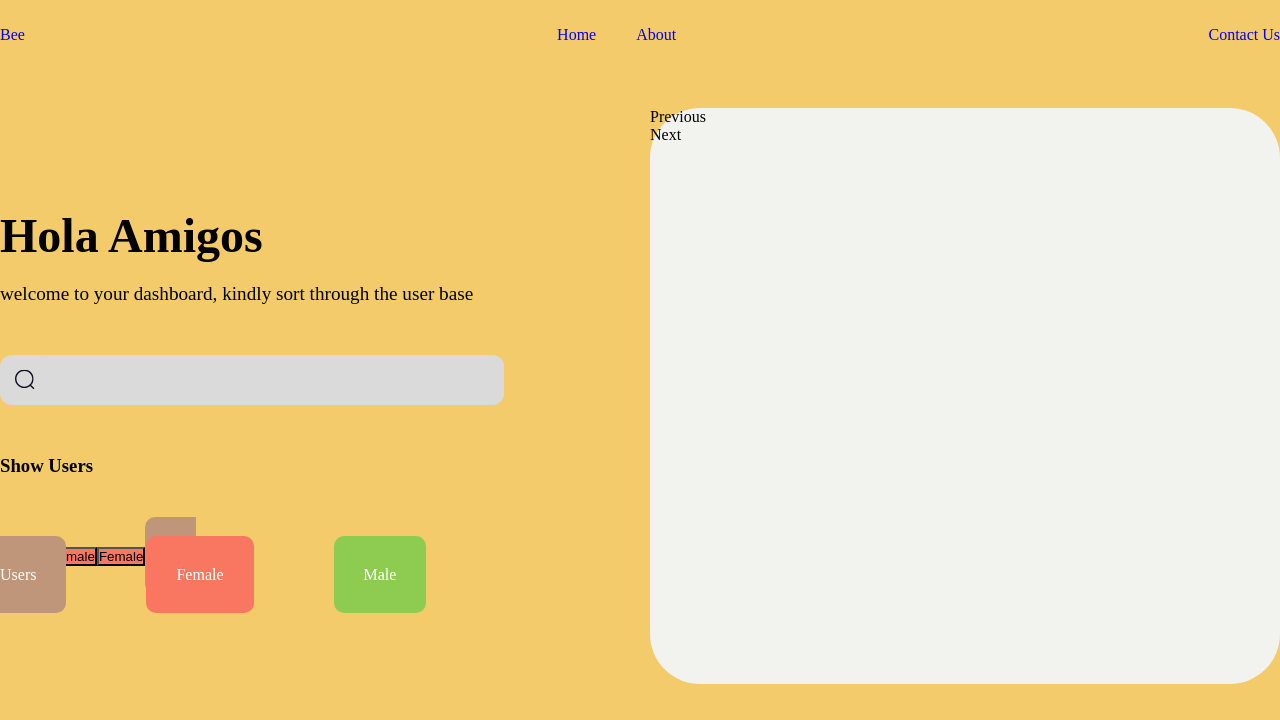
Repository: ble-syn/Random-user-generator-app
Page: /
An editor plug-in stored every save of this project. The page is shown before and after the next save, followed by the edit.
The browser window is 1280 px wide. The pictures show the whole page.
The page's requests for data from a server got no answer. The project was rebuilt for these pictures with package versions that can differ from the ones it lists, and the page was loaded fresh each time. No one was signed in, and anything a server would have sent is missing. Also part of the build but not shown: src/components/ErrorBoundaries.jsx, src/pages/About.jsx, src/pages/Policy.jsx, src/pages/Terms.jsx, src/pages/Contact.jsx, src/pages/NotFound.jsx.

Above is the page before, as saved 2022-10-26 21:05:53.

### src/index.css
*{
  margin: 0;
  padding: 0;
  box-sizing: border-box;
}
a {
  text-decoration: none;
}

body {
  background-color: #F4CB6B;
}
.container {
  width: 100%;
  max-width: 1300px;
  margin: 0 auto;

}

nav {
  display: flex;
  justify-content: space-between;
  margin: 2% 0 5%;
}
.menu {
  margin: 0 20px;
}

.home-container{
  display: flex;

  align-items: center;
}
/* LEFT STYLES */
#left {
  flex: 5;
}
#left h1 {
  font-size: 3rem;
  font-weight: 700;
  margin-bottom: 20px;
}
#left p {
  font-size: 1.2rem;
  margin-bottom: 20px;
}
.search-input {
  width: 80%;
  background-color: #dadada;
  border-radius: 12px;
  border: none;
  display: flex;
  place-items: center;
  padding-left: 15px;
  margin: 50px 0;
}
input {
  border: none;
  border-radius: 12px;
  background-color: inherit;
  width: 100%;
  height: 50px;
  padding-left: 5px;
  font-size: 20px;
}
input:focus {
  outline: none;
}
input::placeholder {
  color: #171717;
}
.user-link-cont {
  margin-top: 70px;
}
.user-link{
  margin-right: 80px;
  padding: 30px;
  border-radius: 10px;
  color: #FFF;
  cursor: pointer;
}
.all-user {
  background-color: #BF9679;
}
.f-user{
  background-color: #F97661;
}
.m-user{
background-color: #8DCC50;
}

#right{
  height: 80vh;
 flex: 5;
  margin-left: 20px;
  background-color: #F2F2EF;
  border-radius: 50px;
}

### src/App.js
import { BrowserRouter as Router, Routes, Route, Navigate} from "react-router-dom";
import Navbar from "./components/Navbar";
import Home from "./pages/Home";
import About from "./pages/About";
import Policy from "./pages/Policy";
import Terms from "./pages/Terms";
import Contact from "./pages/Contact";
import NotFound from "./pages/NotFound";

function App() {
  return (
    <div className="container">
      <Router>
      <Navbar />
        <Routes>
          <Route path="/" element={<Home />} />
          <Route path="/about" element={<About />}>
            <Route path="policy" element={<Policy />} />
            <Route path="terms" element={<Terms />} />
          </Route>
          <Route path="/contact" element={<Contact />} />
          <Route path="/not-found" element={<NotFound />} />
          <Route path="*" element={<Navigate to="/not-found" />} />
        </Routes>
      </Router>

    </div>
  );
}

export default App;

### src/components/Navbar.jsx
import React from "react";
import { Link } from "react-router-dom";

function Navbar() {
    return (
      <nav className="header">
        <div className="logo">
          <Link to="/">Bee</Link>
        </div>


        <div>
            <Link to="/" className="menu">Home</Link>

            <Link to="/about" className="menu">About</Link>
        </div>
        <div>
            <Link to="/contact">Contact Us</Link>
        </div>
      </nav>
    );
  }

export default Navbar;

### src/pages/Home.jsx
import { useState, useEffect } from "react";
import Pagination from "../components/pagination";
import ErrorBoundary from "../components/ErrorBoundaries";
import { Link } from "react-router-dom";
import { ReactComponent as Search } from "../assets/Search.svg"
import User from "../components/User";


function Home() {
  const [users, setUsers] = useState([]);
  // const [loading, setLoading] = useState(true);

  const [currentPage, setCurrentPage] = useState(1);
  const [usersPerPage] = useState(4);

  // get users from the randomuser api
  useEffect(() => {
    const fetchUsers = async () => {
      const res = await fetch("https://randomuser.me/api/?results=20");
      const data = await res.json();
      setUsers(data.results);
      // setLoading(false);
    };

    fetchUsers();
  }, []);

  //   loading state
  // if (loading) {
  //   return <Spinner />;
  // }

  //   pagination logic
  const indexOfLastUser = currentPage * usersPerPage;
  const indexOfFirstUser = indexOfLastUser - usersPerPage;
  const currentUsers = users.slice(indexOfFirstUser, indexOfLastUser);
  const numberOfPages = Math.ceil(users.length / usersPerPage);

  return (
    <div className="home-container">
      <div id="left">
        <h1>Hola Amigos</h1>
        <p>welcome to your dashboard, kindly sort through the user base</p>
        <form action="" className="search-input">
          <Search />
          <input type="text" name="" id="" />
        </form>
        <h3>Show Users</h3>
        <div className="user-link-cont">
        <button
        type="button"
        className="btn f-user"
        onClick={() => dispatch({ type: "update/gender", payload: "all" })}
      >
        Female
      </button>
      <button
        type="button"
        className="btn f-user"
        onClick={() => dispatch({ type: "update/gender", payload: "female" })}
      >
        Female
      </button>
      <button
        type="button"
        className="btn f-user"
        onClick={() => dispatch({ type: "update/gender", payload: "male" })}
      >
        Female
      </button>
          <Link className="user-link all-user" to="/login">All Users</Link>
          <Link className="user-link f-user" to="/register">Female</Link>
          <Link className="user-link m-user" to="/about">Male</Link>
        </div>
      </div>


      <div id="right">
        <ErrorBoundary>
            <User currentUsers={currentUsers} />
          </ErrorBoundary>
          <ErrorBoundary>
            <Pagination
              numberOfPages={numberOfPages}
              currentPage={currentPage}
              setCurrentPage={setCurrentPage}
            />
        </ErrorBoundary>
      </div>
    </div>
  );
}

export default Home;

### src/components/pagination.jsx
import { useState, useEffect } from "react";

function Pagination({ numberOfPages, currentPage, setCurrentPage }) {
  const [disabledPrev, setDisabledPrev] = useState(true);
  const [disabledNext, setDisabledNext] = useState(true);

  const pageNum = [...Array(numberOfPages + 1).keys()].slice(1);

  const prevPage = () => {
    if (currentPage !== 1) {
      setCurrentPage(currentPage - 1);
    }
  };

  const nextPage = () => {
    if (currentPage !== numberOfPages) {
      setCurrentPage(currentPage + 1);
    }
  };

  useEffect(() => {
    if (currentPage > 1) {
      setDisabledPrev(false);
    } else {
      setDisabledPrev(true);
    }

    if (currentPage === numberOfPages) {
      setDisabledNext(true);
    } else {
      setDisabledNext(false);
    }
  }, [currentPage, numberOfPages]);

  return (
    <div>
      <section className="pagination">
        <div className={disabledPrev ? "disabled" : "prev"}>
          <p onClick={prevPage}>Previous</p>
        </div>
        <div className="pagination-num">
          {pageNum.map((num) => (
            <div key={num}>
              <p
                onClick={() => setCurrentPage(num)}
                className="pagination-child"
              >
                {num}
              </p>
            </div>
          ))}
        </div>
        <div className={disabledNext ? "disabled" : "next"}>
          <p onClick={nextPage}>Next</p>
        </div>
      </section>
    </div>
  );
}

export default Pagination;

### src/components/User.jsx
import React from "react";

function User({ currentUsers }) {
  return (
    <div className="">
      {currentUsers.map((user) => (
        <div key={user.login.uuid} className="flex">
          <img src={user.picture.thumbnail} alt={user.name.first} />
          <h3>
            {user.name.first} {user.name.last}
          </h3>
          <p>{user.email}</p>
          <p>
            {user.location.city}, {user.location.country}
          </p>
        </div>
      ))}
    </div>
  );
}

export default User;

Loaded but not shown: public/index.html (common file); src/index.js (common file); src/reportWebVitals.js (common file)

After the next save:
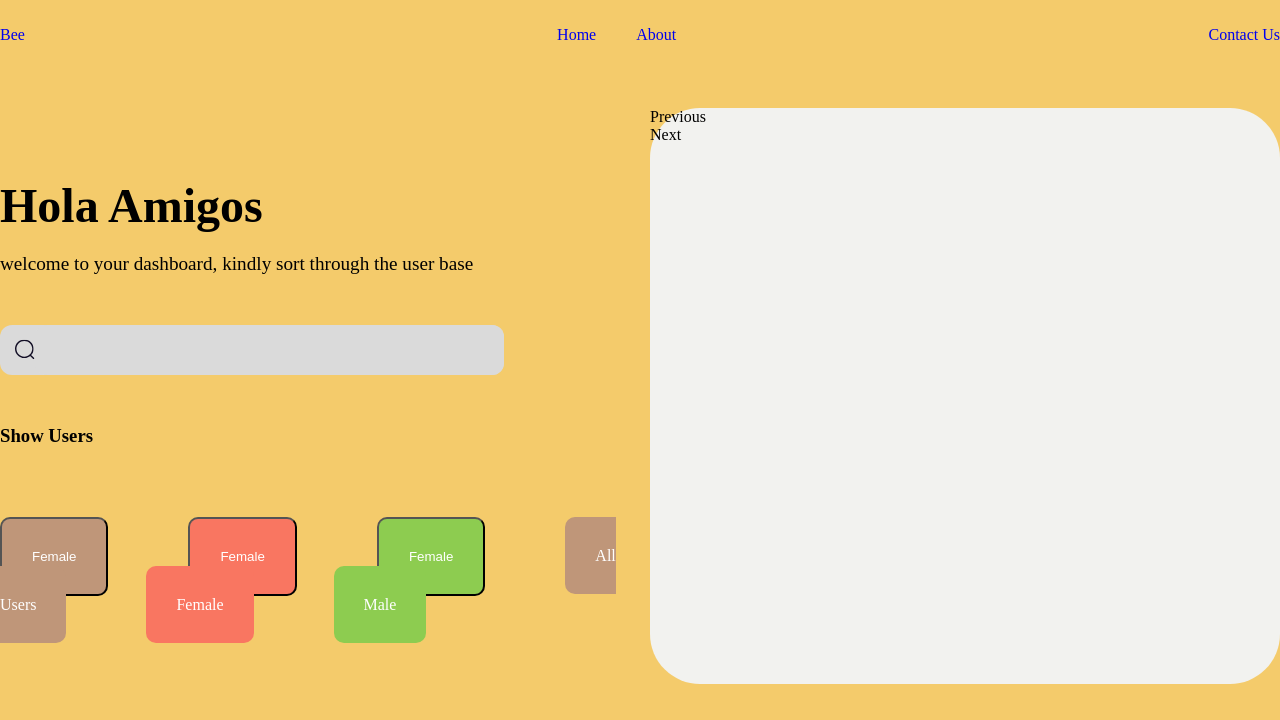
Saved 44 s later.
--- a/src/pages/Home.jsx
+++ b/src/pages/Home.jsx
@@ -49,21 +49,21 @@ function Home() {
         <div className="user-link-cont">
         <button
         type="button"
-        className="btn f-user"
+        className="user-link all-user"
         onClick={() => dispatch({ type: "update/gender", payload: "all" })}
       >
         Female
       </button>
       <button
         type="button"
-        className="btn f-user"
+        className="user-link f-user"
         onClick={() => dispatch({ type: "update/gender", payload: "female" })}
       >
         Female
       </button>
       <button
         type="button"
-        className="btn f-user"
+        className="user-link m-user"
         onClick={() => dispatch({ type: "update/gender", payload: "male" })}
       >
         Female
